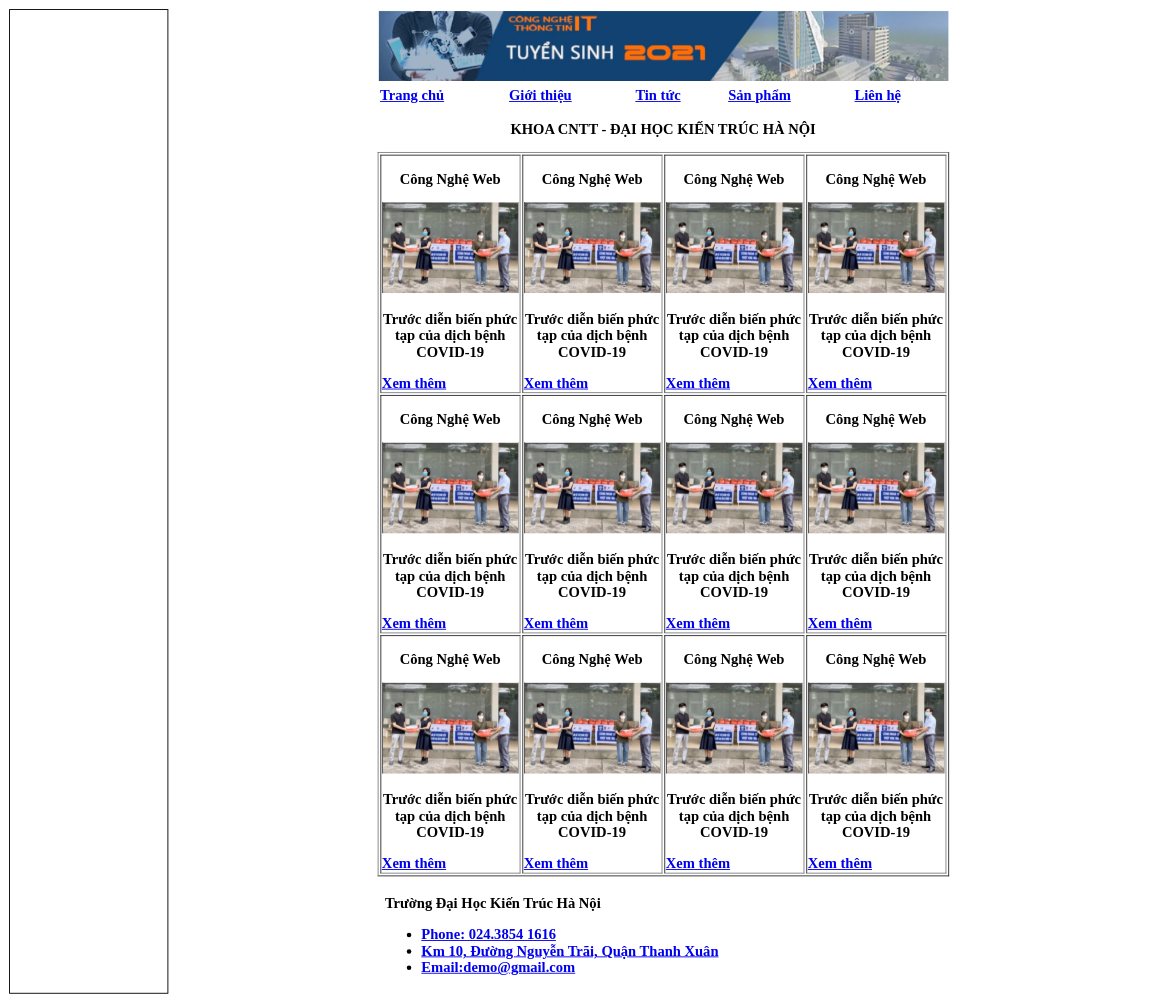
Repository: longtn213/Frond_end_HTML-CSS
Page: Front-End/Demohtml/baitapbuoi2.html
An editor plug-in stored every save of this project. The page is shown before and after the next save, followed by the edit.
The browser window is 1280 px wide. The pictures show the whole page, at 91% of full size.

Above is the page before, as saved 2021-09-09 14:56:12.

### Front-End/Demohtml/baitapbuoi2.html
<!DOCTYPE html>
<html>

<head>
	<meta charset="utf-8">
	<title>Bai tap</title>
	<style type="text/css">
		bdy {
			width: 30%;
			margin: 0 auto;
		}
	</style>
</head>

<body>
	<table style="width: 100%;">
		<tr style="border: 1px solid red ; padding:400px">
			<th style="border: 1px solid #000; padding:50px;"></th>
			<th>
				<center>
					<img class="anhtop" width="628px" src="./img/slider.png"">

					<br>
					<center >
						<table width=" 628px">
					<tr>
						<td>
							<a href="#">Trang chủ</a>
						</td>
						<td>
							<a href="#">Giới thiệu</a>
						</td>
						<td>
							<a href="#">Tin tức</a>
						</td>
						<td>
							<a href="#">Sản phẩm</a>
						</td>
						<td>
							<a href="#">Liên hệ</a>
						</td>
					</tr>
					</table>
					</center>



					<center>
					<p>
						<b>
							KHOA CNTT - ĐẠI HỌC KIẾN TRÚC HÀ NỘI
						</b>
					</p>
					<table width="100px" border="1">
						<tr>
							<td>
								<center>
									<p>
										<b>Công Nghệ Web</b>
									</p>
									<img src="/img/img1.png" width="150px" height="100px"><br>
									<p>
										Trước diễn biến phức tạp của dịch bệnh COVID-19
									</p>
								</center>
								<a href="#">Xem thêm</a>
							</td>
							<td>
								<center>
									<p>
										<b>Công Nghệ Web</b>
									</p>
									<img src="/img/img1.png" width="150px" height="100px"><br>
									<p>
										Trước diễn biến phức tạp của dịch bệnh COVID-19
									</p>
								</center>
								<a href="#">Xem thêm</a>
							</td>
							<td>
								<center>
									<p>
										<b>Công Nghệ Web</b>
									</p>
									<img src="/img/img1.png" width="150px" height="100px"><br>
									<p>
										Trước diễn biến phức tạp của dịch bệnh COVID-19
									</p>
								</center>
								<a href="#">Xem thêm</a>
							</td>
							<td>
								<center>
									<p>
										<b>Công Nghệ Web</b>
									</p>
									<img src="/img/img1.png" width="150px" height="100px"><br>
									<p>
										Trước diễn biến phức tạp của dịch bệnh COVID-19
									</p>
								</center>
								<a href="#">Xem thêm</a>
							</td>
						</tr>
						<tr>
							<td>
								<center>
									<p>
										<b>Công Nghệ Web</b>
									</p>
									<img src="/img/img1.png" width="150px" height="100px"><br>
									<p>
										Trước diễn biến phức tạp của dịch bệnh COVID-19
									</p>
								</center>
								<a href="#">Xem thêm</a>
							</td>
							<td>
								<center>
									<p>
										<b>Công Nghệ Web</b>
									</p>
									<img src="/img/img1.png" width="150px" height="100px"><br>
									<p>
										Trước diễn biến phức tạp của dịch bệnh COVID-19
									</p>
								</center>
								<a href="#">Xem thêm</a>
							</td>
							<td>
								<center>
									<p>
										<b>Công Nghệ Web</b>
									</p>
									<img src="/img/img1.png" width="150px" height="100px"><br>
									<p>
										Trước diễn biến phức tạp của dịch bệnh COVID-19
									</p>
								</center>
								<a href="#">Xem thêm</a>
							</td>
							<td>
								<center>
									<p>
										<b>Công Nghệ Web</b>
									</p>
									<img src="/img/img1.png" width="150px" height="100px"><br>
									<p>
										Trước diễn biến phức tạp của dịch bệnh COVID-19
									</p>
								</center>
								<a href="#">Xem thêm</a>
							</td>
						</tr>
						<tr>
							<td>
								<center>
									<p>
										<b>Công Nghệ Web</b>
									</p>
									<img src="/img/img1.png" width="150px" height="100px"><br>
									<p>
										Trước diễn biến phức tạp của dịch bệnh COVID-19
									</p>
								</center>
								<a href="#">Xem thêm</a>
							</td>
							<td>
								<center>
									<p>
										<b>Công Nghệ Web</b>
									</p>
									<img src="/img/img1.png" width="150px" height="100px"><br>
									<p>
										Trước diễn biến phức tạp của dịch bệnh COVID-19
									</p>
								</center>
								<a href="#">Xem thêm</a>
							</td>
							<td>
								<center>
									<p>
										<b>Công Nghệ Web</b>
									</p>
									<img src="/img/img1.png" width="150px" height="100px"><br>
									<p>
										Trước diễn biến phức tạp của dịch bệnh COVID-19
									</p>
								</center>
								<a href="#">Xem thêm</a>
							</td>
							<td>
								<center>
									<p>
										<b>Công Nghệ Web</b>
									</p>
									<img src="/img/img1.png" width="150px" height="100px"><br>
									<p>
										Trước diễn biến phức tạp của dịch bệnh COVID-19
									</p>
								</center>
								<a href="#">Xem thêm</a>
							</td>
						</tr>
					</table>
					<br>
					<table width="628px">
						<tr>
							<td colspan="3">
							</td>
							<td colspan="2">
								<b>Trường Đại Học Kiến Trúc Hà Nội</b>
								<ul>
									<li>
										<a href="#">Phone: 024.3854 1616</a>
									</li>
									<li>
										<a href="#">Km 10, Đường Nguyễn Trãi, Quận Thanh Xuân</a>
									</li>
									<li>
										<a href="#">Email:demo@gmail.com</a>
									</li>
								</ul>
							</td>
						</tr>
					</table>
					</center>
				</center>
			</th>
		</tr>
	</table>






</body>

</html>

After the next save:
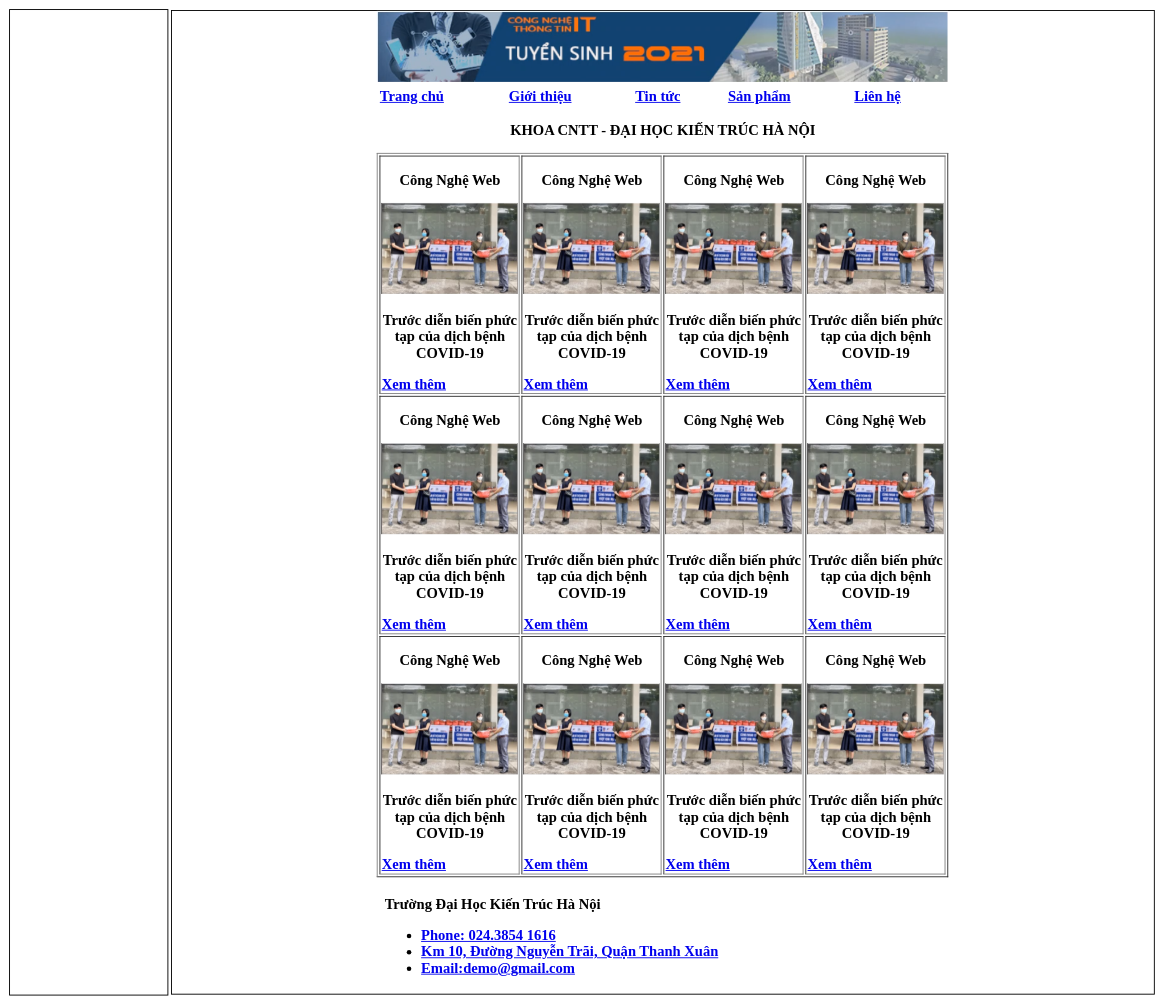
Saved 34 s later.
--- a/Front-End/Demohtml/baitapbuoi2.html
+++ b/Front-End/Demohtml/baitapbuoi2.html
@@ -14,10 +14,10 @@
 
 <body>
 	<table style="width: 100%;">
-		<tr style="border: 1px solid red ; padding:400px">
+		<tr style="border: 1px solid #000;">
 			<th style="border: 1px solid #000; padding:50px;"></th>
 			<th>
-				<center>
+				<center style="border: 1px solid #000;">
 					<img class="anhtop" width="628px" src="./img/slider.png"">
 
 					<br>
